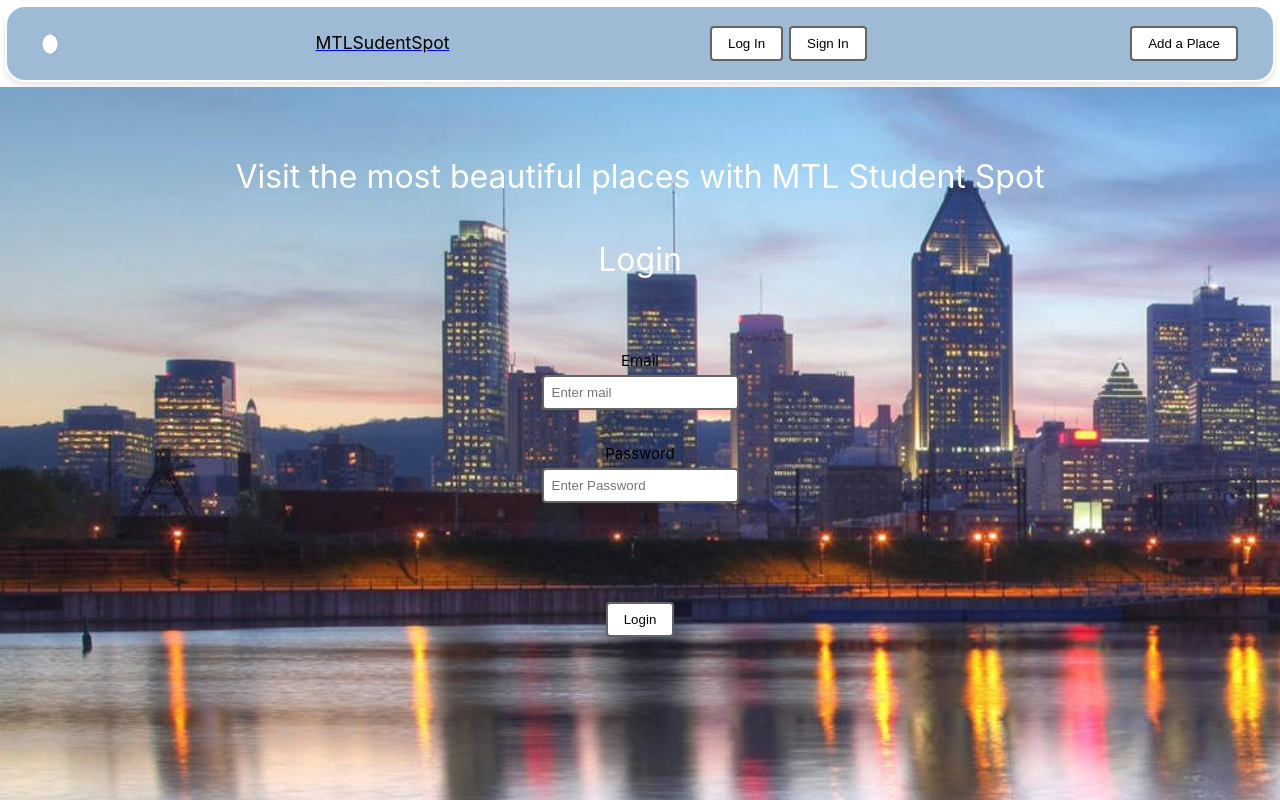
Repository: KevMn6ix/MOD8-2232-GRA-Damois-Leroi--Morant-Munto
Page: /login (app in client/)
These files come from the project's save history. The page is drawn as it stood at one moment and after the next save; the edit follows.
The browser window is 1280 px wide. The pictures show the whole page.
The project was rebuilt for these pictures with package versions that can differ from the ones it lists, and the page was loaded fresh each time. Also part of the build but not shown: client/vite.config.js, client/src/components/HelloWorld.vue, client/src/components/RowLandingPage.vue, client/src/components/PlaceItem.vue, client/server/services/places-service.js, client/src/components/PlaceList.vue, client/src/views/HomeView.vue.

Above is the page before, as saved 2023-10-18 16:43:31.

After the next save:
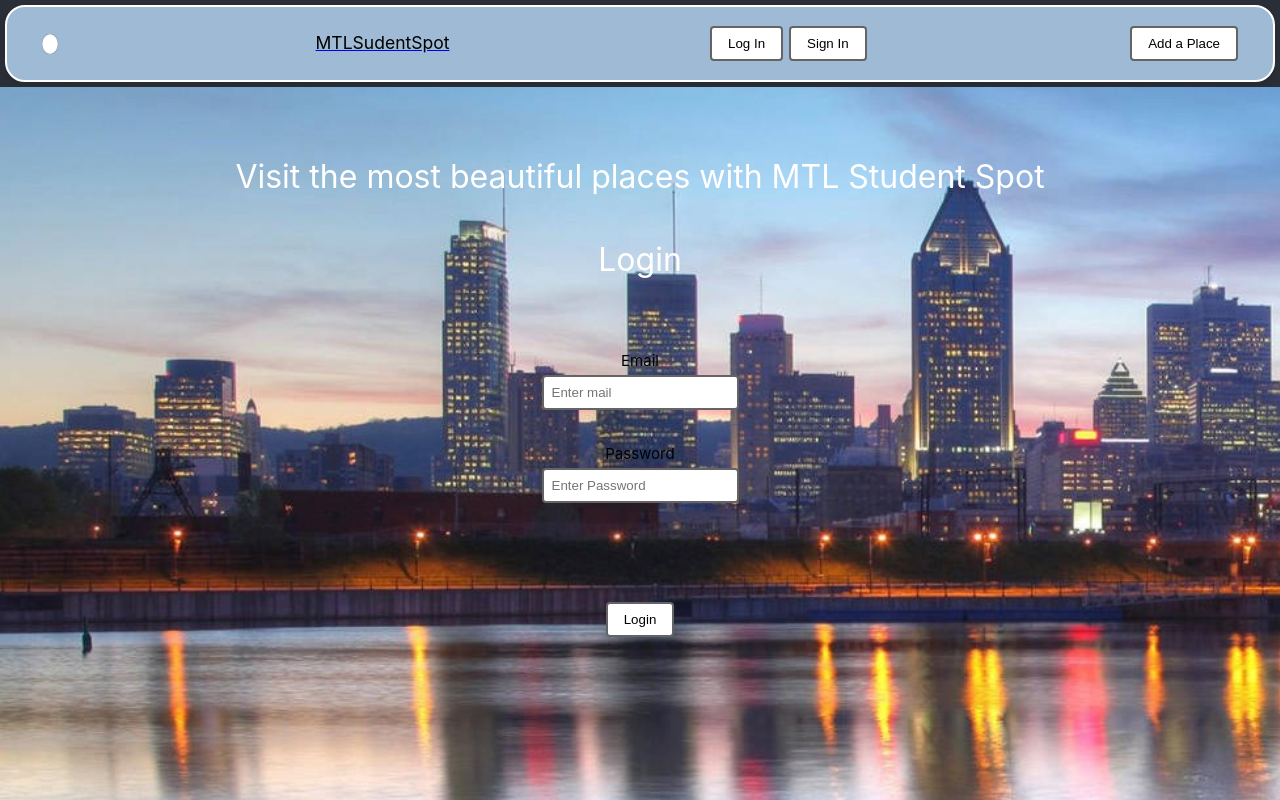
Saved 19 s later.
--- a/client/src/components/Login.vue
+++ b/client/src/components/Login.vue
@@ -74,6 +74,10 @@ main::before{
     display: block;
     position: absolute;
     z-index: -1;
+    top: 0;
+    right: 0;
+    bottom: 0;
+    left: 0;
 
 }
 
